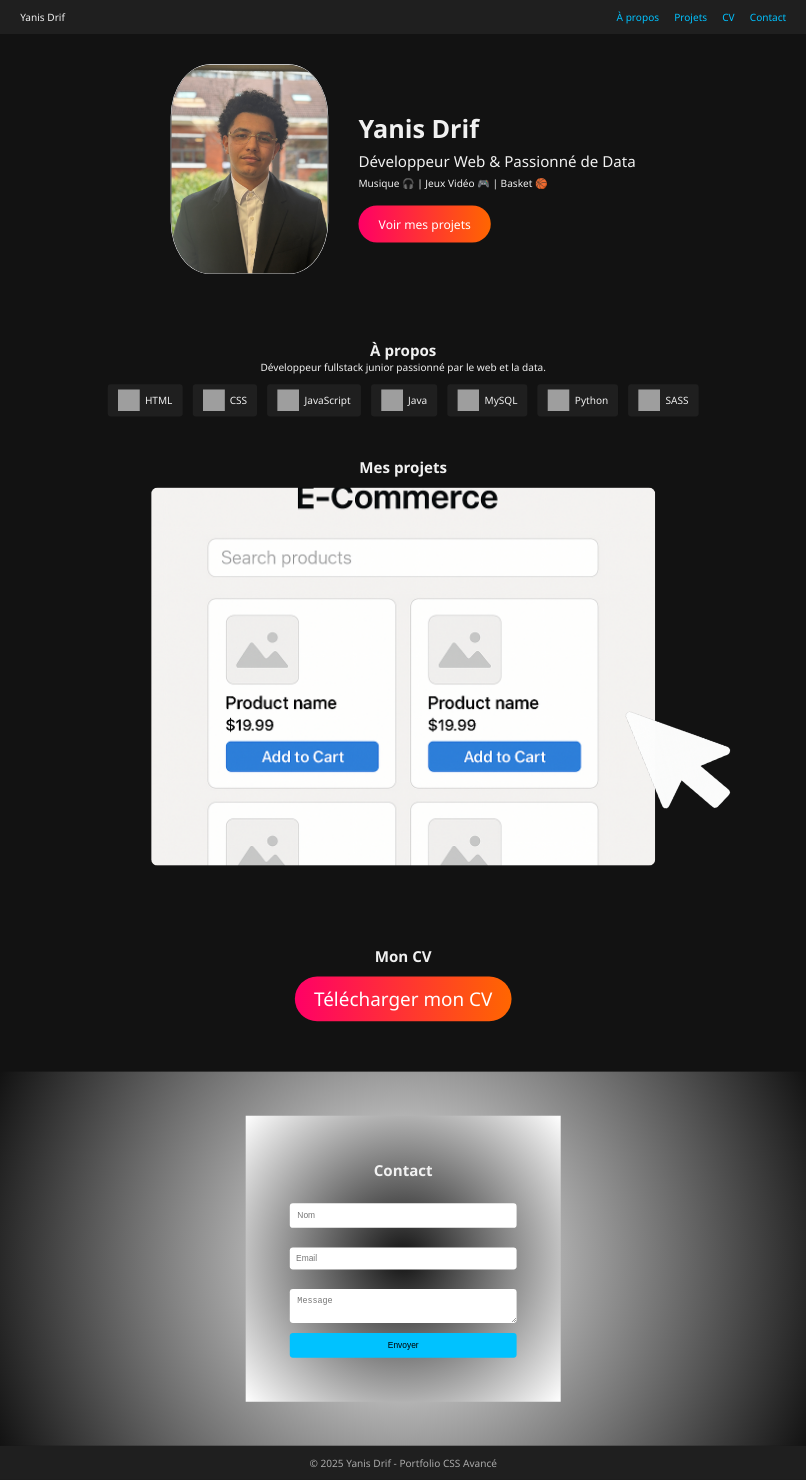
Repository: Yxniiss/ProjetCssAvance
Page: OneDrive/Bureau/Portfolio DrifYanis/home.html
An editor plug-in stored every save of this project. The page is shown before and after the next save, followed by the edit.
The browser window is 1280 px wide. The pictures show the whole page, at 63% of full size.
Pictures or frames that could not be fetched are drawn as grey boxes.

Above is the page before, as saved 2025-04-10 19:17:56.
Console error: TypeError: Cannot set properties of null (setting 'textContent')

### OneDrive/Bureau/Portfolio DrifYanis/home.html
<!DOCTYPE html>
<html lang="fr">
<head>
  <meta charset="UTF-8" />
  <meta name="viewport" content="width=device-width, initial-scale=1.0" />
  <title>Portfolio - Yanis Drif</title>
  <link rel="stylesheet" href="/style.css" />
  <script defer src="/script.js"></script>
</head>
<body>
  <nav class="navbar">
    <div class="logo">Yanis Drif</div>
    <ul class="nav-links">
      <li><a href="#apropos">À propos</a></li>
      <li><a href="#projets">Projets</a></li>
      <li><a href="#cv">CV</a></li>
      <li><a href="#contact">Contact</a></li>
    </ul>
  </nav>

  <header class="hero">
    <img src="/image/IMG_0965 (2).jpeg" alt="Photo de profil" class="hero__image" />
    <div class="hero__content">
      <h1 class="hero__name">Yanis Drif</h1>
      <p class="hero__tagline">Développeur <span>Web</span> & Passionné de Data</p>
      <p class="hero__desc">Musique 🎧 | Jeux Vidéo 🎮 | Basket 🏀</p>
      <a href="#projets" class="btn">Voir mes projets</a>
    </div>
  </header>

  <section id="apropos" class="section about">
    <h2>À propos</h2>
    <p>Développeur fullstack junior passionné par le web et la data.</p>
    <div class="skills">
      <div class="skill"><img src="https://devicon-website.vercel.app/api/html5/original-wordmark.svg" alt="HTML">HTML</div>
      <div class="skill"><img src="https://devicon-website.vercel.app/api/css3/original-wordmark.svg" alt="CSS">CSS</div>
      <div class="skill"><img src="https://devicon-website.vercel.app/api/javascript/original.svg" alt="JavaScript">JavaScript</div>
      <div class="skill"><img src="https://devicon-website.vercel.app/api/java/original-wordmark.svg" alt="Java">Java</div>
      <div class="skill"><img src="https://devicon-website.vercel.app/api/mysql/plain-wordmark.svg" alt="MySQL">MySQL</div>
      <div class="skill"><img src="https://devicon-website.vercel.app/api/python/original-wordmark.svg" alt="Python">Python</div>
      <div class="skill"><img src="https://devicon-website.vercel.app/api/sass/original.svg" alt="SASS">SASS</div>
    </div>
  </section>

  <section id="projets" class="section projets">
    <h2>Mes projets</h2>
    <div class="projects carousel">
      <a href="https://eloquent-stardust-faed17.netlify.app/"><img src="image/ChatGPT Image 10 avr. 2025, 11_03_09.png" alt="Projet 1"/></a>
      <a href="https://challengeweb.netlify.app/"><img src="/image/ChatGPT Image 10 avr. 2025, 11_09_31.png" alt="Projet 2" /></a>
      <a href="https://landingpagecat.netlify.app/"><img src="/image/ChatGPT Image 10 avr. 2025, 11_11_38.png" alt="Projet 3" /></a>
    </div>
    <div class="cursor2">
      <img src="/image/fecd8f8b-00be-49a2-b5b1-3fb5a8c2059e.png">
    </div>
  </section>

  <section id="cv" class="section_cv">
    <div class="cv-container">
      <h2>Mon CV</h2>
      <a href="/doc/CV Yanis (1) (1).pdf" download class="btn2">Télécharger mon CV</a>
    </div>
  </section>

  <section id="contact" class="section_contact">
    <form class="contact-form">
      <h2>Contact</h2>
      <input type="text" placeholder="Nom" required />
      <input type="email" placeholder="Email" required />
      <textarea placeholder="Message" required></textarea>
      <button type="submit">Envoyer</button>
    </form>
  </section>

  <footer>
    <p>&copy; 2025 Yanis Drif - Portfolio CSS Avancé</p>
  </footer>
</body>
</html>

### OneDrive/Bureau/Portfolio DrifYanis/style.css
* {
    margin: 0;
    padding: 0;
    box-sizing: border-box;
  }

  body {
    font-family: "Segoe UI", sans-serif;
    background-color: #121212;
    color: #f1f1f1;
  }


  .navbar {
    display: flex;
    justify-content: space-between;
    padding: 1rem 2rem;
    background-color: #1f1f1f;
  }

  .nav-links {
    display: flex;
    list-style: none;
    gap: 1.5rem;
  }

  .nav-links a {
    color: #00c2ff;
    text-decoration: none;
  }

  .hero {
    padding: 3rem 1rem;
    text-align: center;

  }









  .section {
    padding: 2rem 1rem;
    text-align: center;
  }

  .projects {
    display: flex;
    justify-content: center;
    gap: 1rem;
    flex-wrap: wrap;
    margin-top: 1rem;
  }

  .projects img {
    width: 800px;
    height: 600px;
    -o-object-fit: cover;
       object-fit: cover;
    border-radius: 10px;
  }

  .cursor2 img{
    width: 250px;
    position:relative;
    bottom:300px;
    left:450px;
    transform: rotate(-15deg);

  }

  .skills {
    display: flex;
    flex-wrap: wrap;
    gap: 1rem;
    justify-content: center;
    margin-top: 1rem;
  }

  .skill {
    display: flex;
    align-items: center;
    gap: 0.5rem;
    background-color: #1f1f1f;
    padding: 0.5rem 1rem;
    border-radius: 5px;
    transition: 0.3s ease, opacity 0.3s ease;
  }

  .skill:hover{
    transform: scale(1.2);
    opacity: 0.8;
  }

  .skill img {
    width: 35px;
    height: 35px;
  }

  footer {
    padding: 1rem;
    text-align: center;
    background-color: #1f1f1f;
    color: #aaa;
  }



  .btn:hover{
    box-shadow: 0 10px 20px rgba(255,0,102,0.5);
    transform: translateY(-3px);
    text-decoration: none;
  }

  .section_cv{
    padding: 2rem 1rem ;
    margin-top: -15rem;
  }
  .cv-container {
    text-align: center;
    margin: 3rem auto;
    display: flex;
    flex-direction: column;
    align-items: center;
    gap: 1rem;
  }

  .btn2 {
    padding: 15px 30px;
    font-size: 30px;
    color: white;
    background: linear-gradient(90deg, #ff0066, #ff6600);
    border: none;
    border-radius: 50px;
    cursor: pointer;
    box-shadow: 0 4px 15px rgba(255, 0, 102, 0);
    transition: box-shadow 0.3s ease, transform 0.3s ease;
    text-decoration: none;
  }

  .btn2:hover {
    box-shadow: 0 10px 20px rgba(255, 0, 102, 0.5);
    transform: translateY(-3px);
  }

  /* Responsive padding ajusté si besoin */
  @media (max-width: 768px) {
    .btn2 {
      font-size: 20px;
      padding: 12px 24px;
    }

    .cv-container h2 {
      font-size: 24px;
    }
  }


  #contact{
    padding: 70px;
    background:radial-gradient(circle, #fff, #121212)
  }
  .contact-form {
    max-width: 500px;
    margin: auto;
    padding: 70px;
    display: flex;
    flex-direction: column;
    gap: 1rem;
    background:radial-gradient(circle, #121212, #fff);
  }

  .contact-form input,
  .contact-form textarea {
    padding: 0.75rem;
    border: none;
    border-radius: 5px;
  }

  .contact-form button {
    background-color: #00c2ff;
    color: #000;
    padding: 0.75rem;
    border: none;
    border-radius: 5px;
    cursor: pointer;
  }

  .section_contact h2{
    text-align: center;
    padding-bottom: 20px;
  }


  .start h1{
    text-align: left;
    margin-top: 100px;
    font-size: 35px;
    margin-left: 100px;
  }

  .start h2{
    text-align: left;
    margin-top: 1px;
    font-size: 70px;
    margin-left: 100px;
  }

  .start h3{
    text-align: left;
    margin-top: 1px;
    font-size: 35px;
    margin-left: 100px;
  }

  #mot {
    color:#00c2ff;
  }

  #cursor{
    display: inline-block;
    width: 10px;
    background-color:black;
    animation: blink 0.8s step-end infinite;
  }

  @keyframes blink{
    50% {
      opacity: 0;
    }
  }

  @keyframes typing{
    from{
      width: 0;
    }
    to{
      width: 100%;
    }
  }

  #main{
    opacity: 0;
    transform: translateY(0);
    transition: opacity 5s ease, transform 5s ease;
  }

  body.loaded #main{
    opacity: 1;
    transform: translateY(0);
  }


  .start p{
    text-align: left;
    margin-left: 100px;
    margin-top: 20px;
    font-size: 20px;
  }

  .ntwrks {
    position: absolute;
    top: 410px;
    left: 110px;
    display: flex;
    flex-wrap: wrap;
    gap: 1rem;
  }

  .ntwrk {
    display: flex;
    align-items: center;
    gap: 0.5rem;
    background-color: #1f1f1f;
    padding: 1rem 1rem;
    border-radius: 100px;
    transition: 0.3s ease, opacity 0.3s ease;
  }

  .ntwrk:hover{
    transform: scale(1.2);
    opacity: 0.8;
  }

  .ntwrk img {
    width: 30px;
    height: 30px;
  }

  .modern-button{
    background-color:#00c2ff;
    font-size: 16px;
    font-weight: bold;
    border:none;
    padding: 15px 30px;
    border-radius: 25px;
    cursor: pointer;
    outline: none;
    position: relative;
    right:550px;
    top:120px;
    animation:glow 1.5s infinite alternate;
    transition: 0.3s ease, opacity 0.3s ease;
  }

  .modern-button a{
    color:white;
    text-decoration: none;
  }

  .modern-button:hover{
    transform: scale(1.2);
    opacity: 1;
  }

  @keyframes glow{
    0%{
      box-shadow: 0 0 10px 5px rgba(0, 194, 255, 0.6), 0 0 20px 10px rgba(0, 194, 255, 0.4);
    }
    100%{
      box-shadow: 0 0 20px 10px rgba(0, 194, 255, 1), 0 0 30px 15px rgba(0, 194, 255, 0.8);
    }
  }

  .image{
    max-width: 30%;
    position: relative;
    bottom: 350px;
    left: 350px;
  }

  /* Overlay de fond */
.modal {
  display: none; /* 👈 cachée par défaut */
  position: fixed;
  z-index: 1000;
  left: 0;
  top: 0;
  width: 100%;
  height: 100%;
  overflow: auto;
  background-color: rgba(0, 0, 0, 0.6); /* fond assombri */
}

/* Contenu de la modale */
.modal-content {
  background-color: #1f1f1f;
  margin: 10% auto;
  padding: 30px;
  border-radius: 10px;
  width: 90%;
  max-width: 400px;
  color: white;
}

/* Champs du formulaire */
input[type="email"],
input[type="password"] {
  width: 100%;
  padding: 10px;
  margin: 15px 0;
  border-radius: 5px;
  border: none;
}

.modal-content h4 {
  text-align: center;
  margin-bottom: 20px;
  font-size: 1.5rem;
  font-weight: 600;
}

.modal-content h4 {
  text-align: center;
  margin-bottom: 20px;
  font-size: 1.5rem;
  font-weight: 600;
}

.modal-content button {
  display: block;
  width: 100%;
  padding: 12px;
  margin-top: 15px;
  font-size: 1rem;
  border-radius: 25px;
  background-color: #00c2ff;
  color: white;
  border: none;
  cursor: pointer;
  transition: background-color 0.3s ease;
}

.modal-content button:hover {
  background-color: #00a6d6;
}

/* Bouton de fermeture */
.close {
  color: #aaa;
  float: right;
  font-size: 28px;
  font-weight: bold;
  cursor: pointer;
}
.close:hover {
  color: #fff;
}


.hero {
  display: flex;
  flex-direction: column;
  align-items: center;
  padding: 3rem 1rem;
  text-align: center;
}

.hero__image {
  border-radius: 25%;
  width: 250px;
  border: 1px solid #ffffff;
  margin-bottom: 1.5rem;
}

.hero__content {
  max-width: 600px;
}

.hero__name {
  font-size: 2.5rem;
  margin-bottom: 0.5rem;
}

.hero__tagline {
  font-size: 1.5rem;
  margin-bottom: 0.5rem;
}

.hero__desc {
  margin-bottom: 1.5rem;
}

.btn {
  padding: 1rem 2rem;
  font-size: 1.2rem;
  border-radius: 50px;
  background: linear-gradient(90deg, #ff0066, #ff6600);
  color: white;
  text-decoration: none;
  display: inline-block;
  transition: 0.3s ease;
}

.btn:hover {
  transform: translateY(-3px);
  box-shadow: 0 10px 20px rgba(255, 0, 102, 0.5);
}

@media (min-width: 768px) {
  .hero {
    flex-direction: row;
    justify-content: center;
    text-align: left;
    gap: 3rem;
  }

  .hero__content {
    text-align: left;
  }
}

.loading-screen {
  display: none; /* reste caché tant qu'on ne clique pas */
  position: fixed;
  z-index: 2000;
  top: 0; left: 0;
  width: 100%;
  height: 100%;
  background-color: #121212;
  color: white;
  flex-direction: column;
  align-items: center;
  justify-content: center;
  font-size: 1.2rem;
}


.spinner {
  border: 6px solid #f3f3f3;
  border-top: 6px solid #00c2ff;
  border-radius: 50%;
  width: 60px;
  height: 60px;
  animation: spin 1s linear infinite;
  margin-bottom: 20px;
}

@keyframes spin {
  0% { transform: rotate(0deg); }
  100% { transform: rotate(360deg); }
}

### OneDrive/Bureau/Portfolio DrifYanis/script.js
document.addEventListener('DOMContentLoaded', () => {
  // Scroll fluide
  document.querySelectorAll('a[href^="#"]').forEach(anchor => {
    anchor.addEventListener('click', function (e) {
      e.preventDefault();
      const target = document.querySelector(this.getAttribute('href'));
      if (target) {
        target.scrollIntoView({ behavior: 'smooth' });
      }
    });
  });

  // Carrousel automatique
  const images = document.querySelectorAll('.carousel img');
  let currentIndex = 0;

  function showSlide(index) {
    images.forEach((img, i) => {
      img.style.display = i === index ? 'block' : 'none';
    });
  }

  function nextSlide() {
    currentIndex = (currentIndex + 1) % images.length;
    showSlide(currentIndex);
  }

  if (images.length > 0) {
    showSlide(currentIndex);
    setInterval(nextSlide, 3000);
  }

  // Texte animé
  const mot = ["Etudiant", "Developpeur web", "Pasionné de code", "Developpeur fullstack"];
  let index = 0;
  const element = document.getElementById("mot");
  const cursor = document.getElementById("cursor");

  let typingInterval;
  let currentWord = "";
  let currentCharIndex = 0;

  function commencerTypingAnimation() {
    currentWord = mot[index];
    currentCharIndex = 0;
    element.textContent = '';

    typingInterval = setInterval(() => {
      element.textContent += currentWord.charAt(currentCharIndex);
      currentCharIndex++;

      if (currentCharIndex === currentWord.length) {
        clearInterval(typingInterval);
        setTimeout(changerMot, 1000);
      }
    }, 150);
  }

  function changerMot() {
    element.textContent = mot[index];
    index++;
    if (index === mot.length) {
      index = 0;
    }
    commencerTypingAnimation();
  }
  commencerTypingAnimation();

  // Chargement du body
  window.addEventListener('load', function () {
    document.body.classList.add('loaded');
  });

  // Login modal + chargement
  const modal = document.getElementById("loginModal");
  const btn = document.getElementById("openModal");
  const span = document.querySelector(".close");
  const emailField = document.getElementById("email");
  const passwordField = document.getElementById("password");
  const loginForm = document.getElementById("loginForm");
  const loadingScreen = document.getElementById("loadingScreen");

  btn.onclick = function () {
    modal.style.display = "block";
    typeWriter(emailField, "user@example.com", () => {
      typeWriter(passwordField, "monmotdepasse");
    });
  };

  span.onclick = function () {
    modal.style.display = "none";
  };

  window.onclick = function (event) {
    if (event.target == modal) {
      modal.style.display = "none";
    }
  };

  function typeWriter(element, text, callback) {
    let i = 0;
    element.value = "";
    const speed = 50;
    const interval = setInterval(() => {
      element.value += text.charAt(i);
      i++;
      if (i === text.length) {
        clearInterval(interval);
        if (callback) callback();
      }
    }, speed);
  }

  loginForm.addEventListener("submit", (e) => {
    e.preventDefault();
    modal.style.display = "none";
    loadingScreen.style.display = "flex";

    setTimeout(() => {
      window.location.href = "/home.html";
    }, 3000);
  });
});

After the next save:
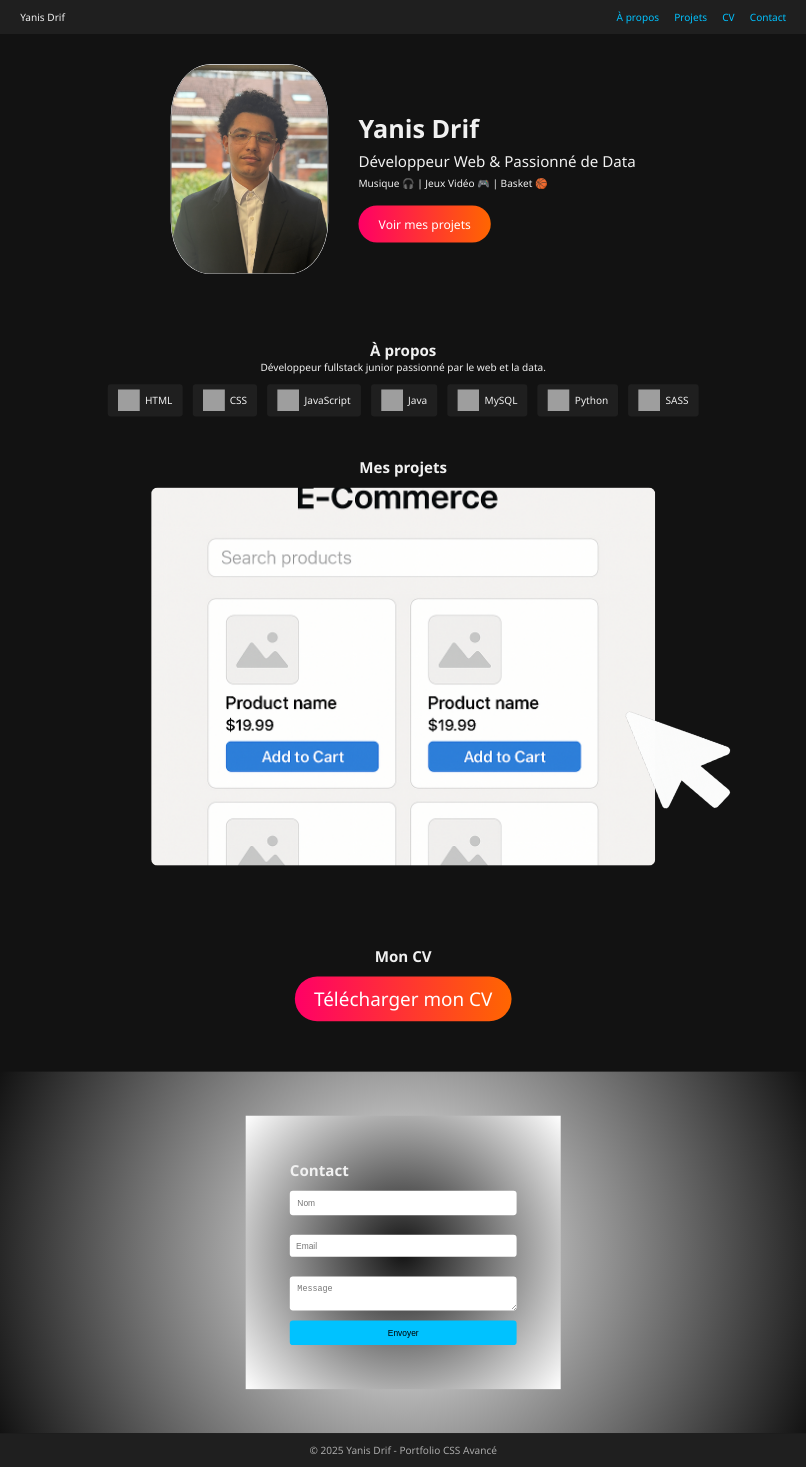
Saved 28 s later.
--- a/OneDrive/Bureau/Portfolio DrifYanis/style.css
+++ b/OneDrive/Bureau/Portfolio DrifYanis/style.css
@@ -190,10 +190,6 @@
     cursor: pointer;
   }
 
-  .section_contact h2{
-    text-align: center;
-    padding-bottom: 20px;
-  }
 
 
   .start h1{

After the save that followed:
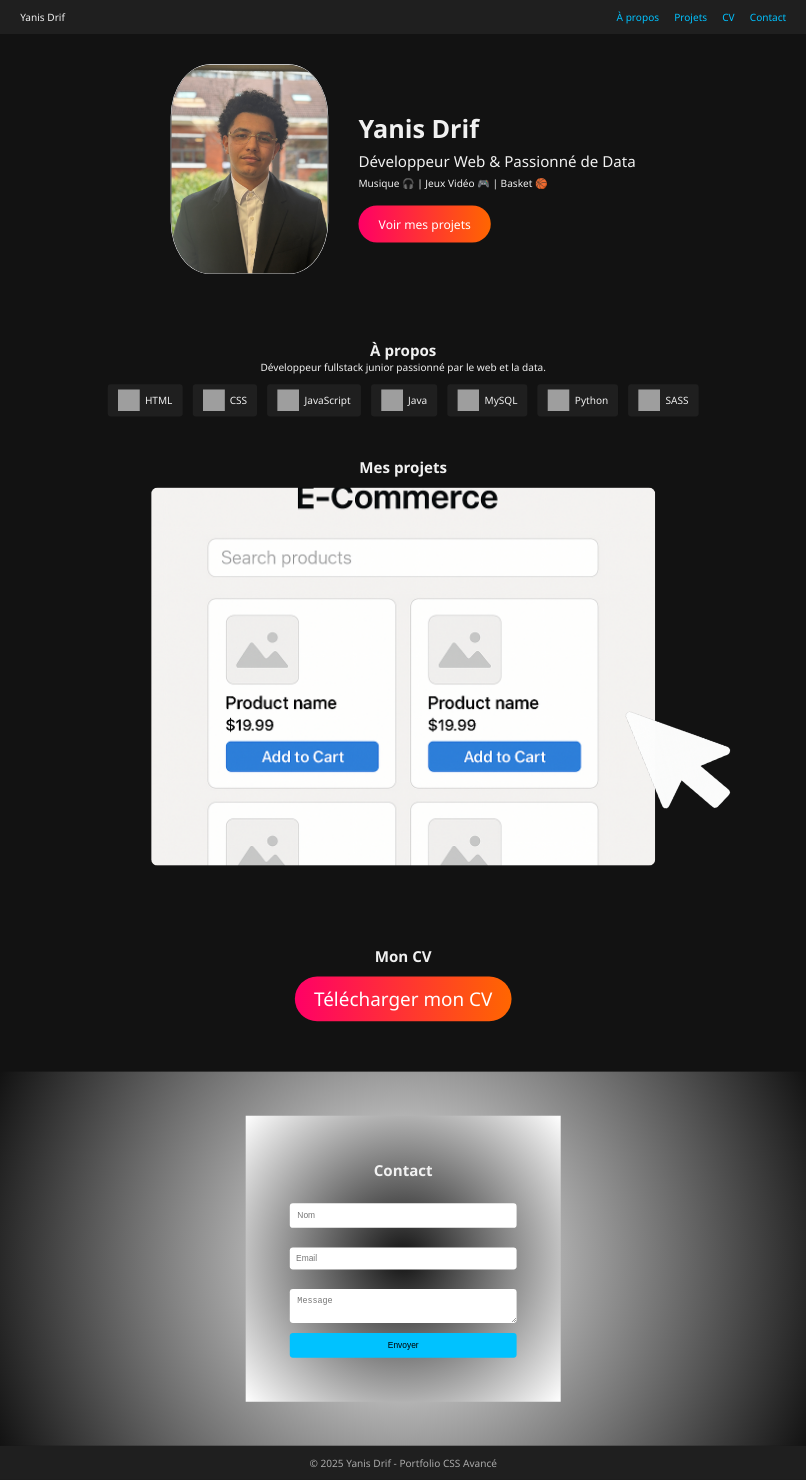
Saved 7 s later.
--- a/OneDrive/Bureau/Portfolio DrifYanis/style.css
+++ b/OneDrive/Bureau/Portfolio DrifYanis/style.css
@@ -190,6 +190,10 @@
     cursor: pointer;
   }
 
+  .section_contact h2{
+    text-align: center;
+    padding-bottom: 20px;
+  }
 
 
   .start h1{
